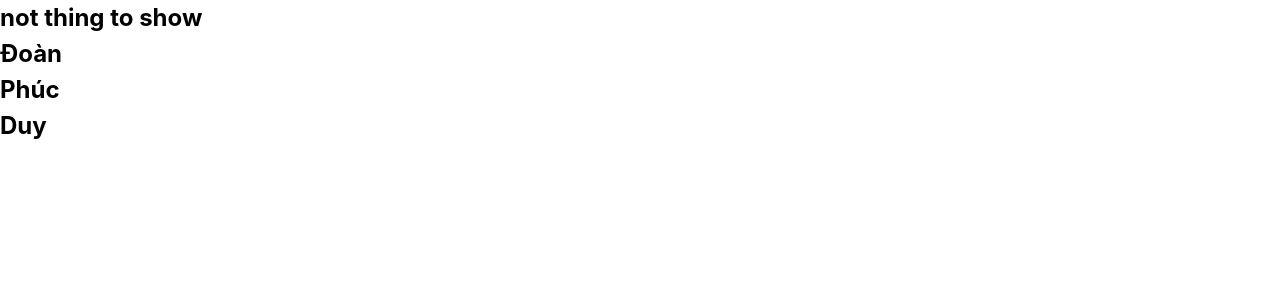
Repository: ledoanmk43/Demo_typescript
Page: /
The author's editor kept a copy of each file at every save. The page is drawn from the files as they stood at one save, then again after the next save.
The browser window is 1280 px wide. The pictures show the whole page.
The project was rebuilt for these pictures with package versions that can differ from the ones it lists, and the page was loaded fresh each time.

Above is the page before, as saved 2022-03-07 15:18:41.

### src/App.tsx
import React from "react";

import "./App.css";
import Greeting from "./components/Greeting";
import Login from "./components/state/Login";

function App() {
  // const Name = {
  //   firstName: "Đoàn",
  //   lastName: "Lê",
  // };

  const nameList = [
    {
      firstName: "Đoàn",
      lastName: "Lê",
    },
    {
      firstName: "Phúc",
      lastName: "Lê",
    },
    {
      firstName: "Duy",
      lastName: "Lê",
    },
  ];
  return (
    <div className="App">
      <Greeting nameProps={nameList} />
    </div>
  );
}

export default App;

### src/App.css
*,
*::before,
*::after {
  box-sizing: border-box;
}
* {
  margin: 0;
}

html,
body {
  height: 100%;
}
body {
  line-height: 1.5;
  -webkit-font-smoothing: antialiased;
  -webkit-tap-highlight-color: rgba(0, 0, 0, 0);
}

img,
picture,
video,
canvas,
svg {
  display: block;
  max-width: 100%;
}
input,
button,
textarea,
select {
  font: inherit;
  outline: none;
  border: none;
}
p,
h1,
h2,
h3,
h4,
h5,
h6 {
  overflow-wrap: break-word;
}

### src/components/Greeting.tsx
import React from "react";

// type GreetingProps = {
//   nameProps: string; //we can also assign value like 'Doan' | 'Duy' | 'Phuc' - if there are more than 1 value for the props and we have to to check cases base on these value
// };

type GreetingProps = {
  nameProps: {
    firstName: string;
    lastName: string;
  }[]; //adding [] at the end if prop is an array

  emptyProps?: string;
};

const Greeting = (props: GreetingProps) => {
  const { emptyProps = "not thing to show" } = props;
  return (
    <div>
      <h2>{emptyProps}</h2>
      {props.nameProps.map((prop) => (
        <h2>{prop.firstName}</h2>
      ))}
    </div>
  );
};

export default Greeting;

### src/components/state/Login.tsx
import React, { useState } from "react";

const Login = () => {
  const [isLoggedin, setIsLoggedin] = useState(false);

  const logIn = () => {
    setIsLoggedin(true);
  };
  const logOut = () => {
    setIsLoggedin(false);
  };
  return (
    <div>
      <div>User is {isLoggedin ? "User logged In" : "User logged out"}</div>
      <button onClick={logIn}>Log In</button>
      <button onClick={logOut}>Log Out</button>
    </div>
  );
};

export default Login;

Loaded but not shown: public/index.html (common file); src/index.tsx (common file); src/index.css (common file); src/reportWebVitals.ts (common file)

After the next save:
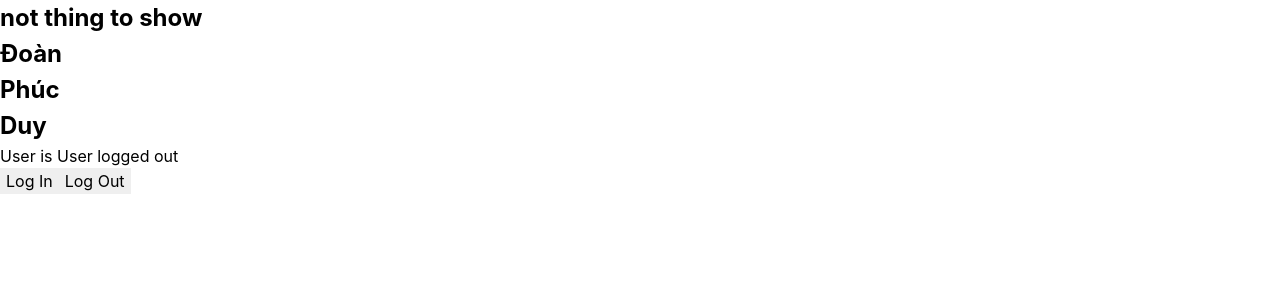
Saved 10 s later.
--- a/src/App.tsx
+++ b/src/App.tsx
@@ -27,6 +27,7 @@ function App() {
   return (
     <div className="App">
       <Greeting nameProps={nameList} />
+      <Login />
     </div>
   );
 }
